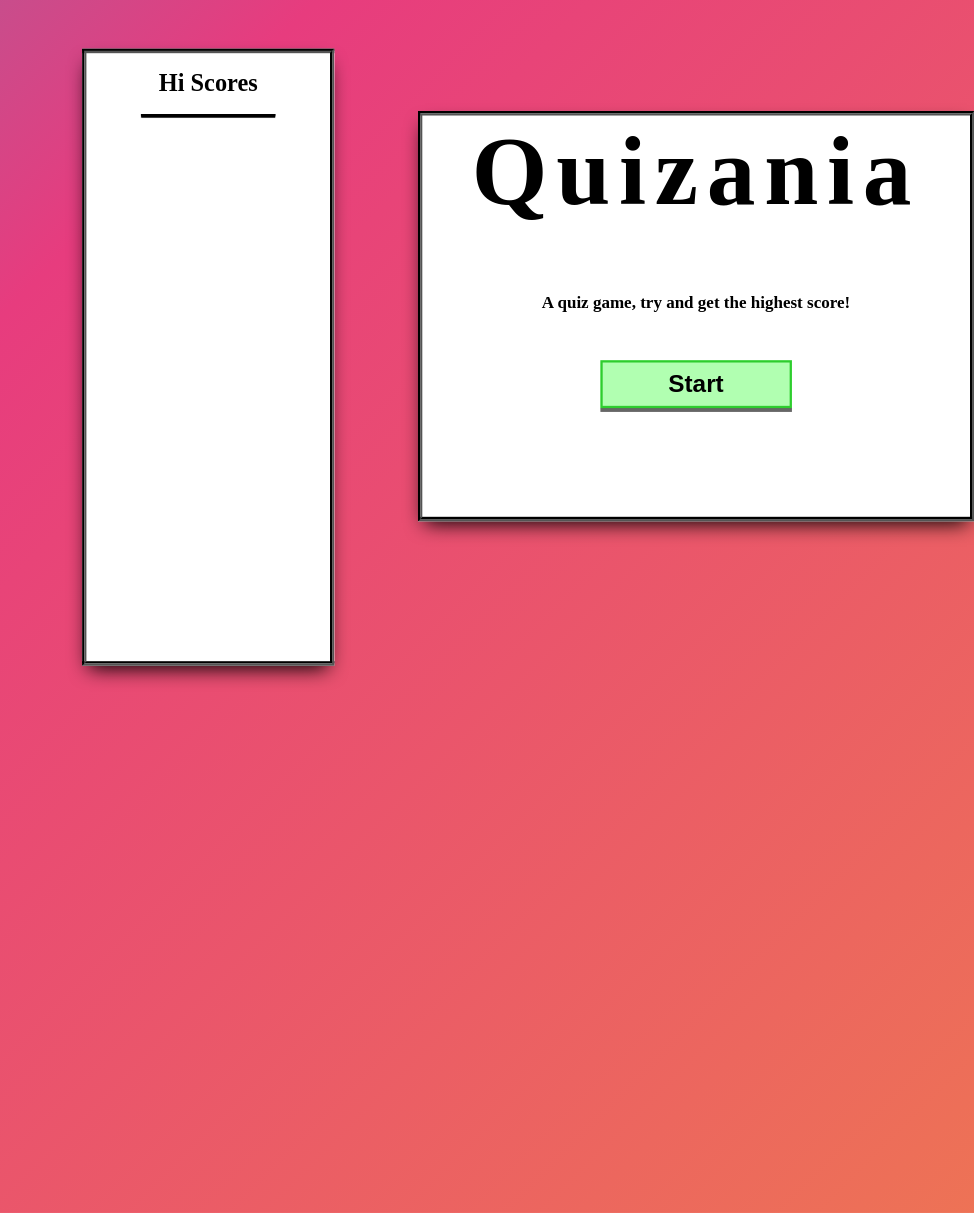
Repository: PatrickTheCodeGuy/QuizApp
Page: / (app in quizapp/)
An editor plug-in stored every save of this project. The page is shown before and after the next save, followed by the edit.
The browser window is 1280 px wide. The page is 1282 px wide, so the pictures cover 1282 px, including what lies to the right of the window. The pictures show the whole page, at 76% of full size.
The first visible `.button-start` is being pressed.
The project was rebuilt for these pictures with package versions that can differ from the ones it lists, and the page was loaded fresh each time.

Above is the page before, as saved 2021-07-08 15:06:36.

After the next save:
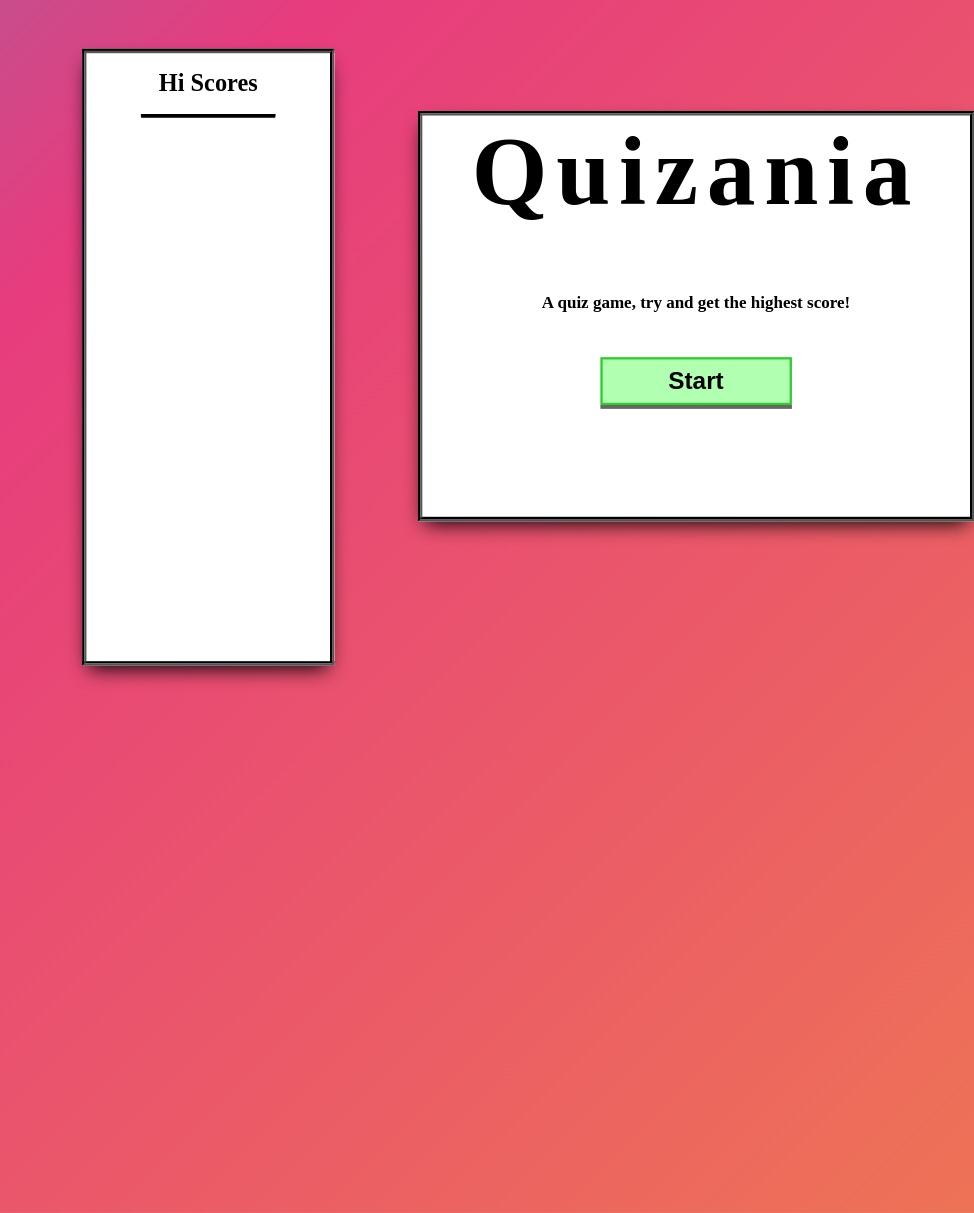
Saved 15 s later.
--- a/quizapp/src/components/StartMenu/StartMenu.css
+++ b/quizapp/src/components/StartMenu/StartMenu.css
@@ -32,7 +32,7 @@
 .button-start:active {
     box-shadow: 0 5px #666;
     width: 35%;
-    transform: translateY(4px);
+    transform: translateY(4px) 0.1s;
 }
 
 .menu-container{

After the 2 saves that followed:
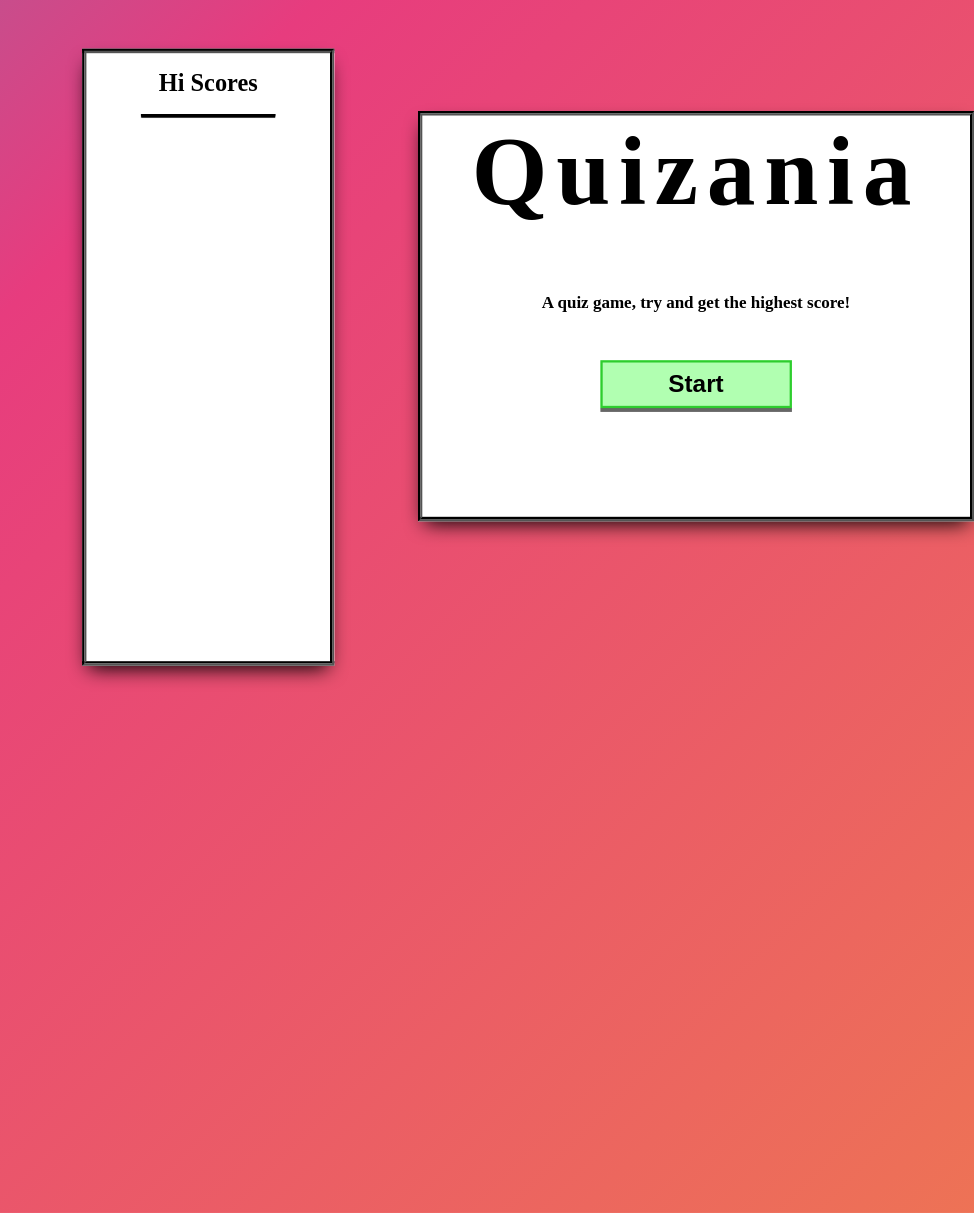
The 2 saves are shown as one change because 1 left the picture as it was.
The last was saved 20 s later.
--- a/quizapp/src/components/StartMenu/StartMenu.css
+++ b/quizapp/src/components/StartMenu/StartMenu.css
@@ -32,7 +32,7 @@
 .button-start:active {
     box-shadow: 0 5px #666;
     width: 35%;
-    transform: translateY(4px) 0.1s;
+    transform: translateY(4px);
 }
 
 .menu-container{
